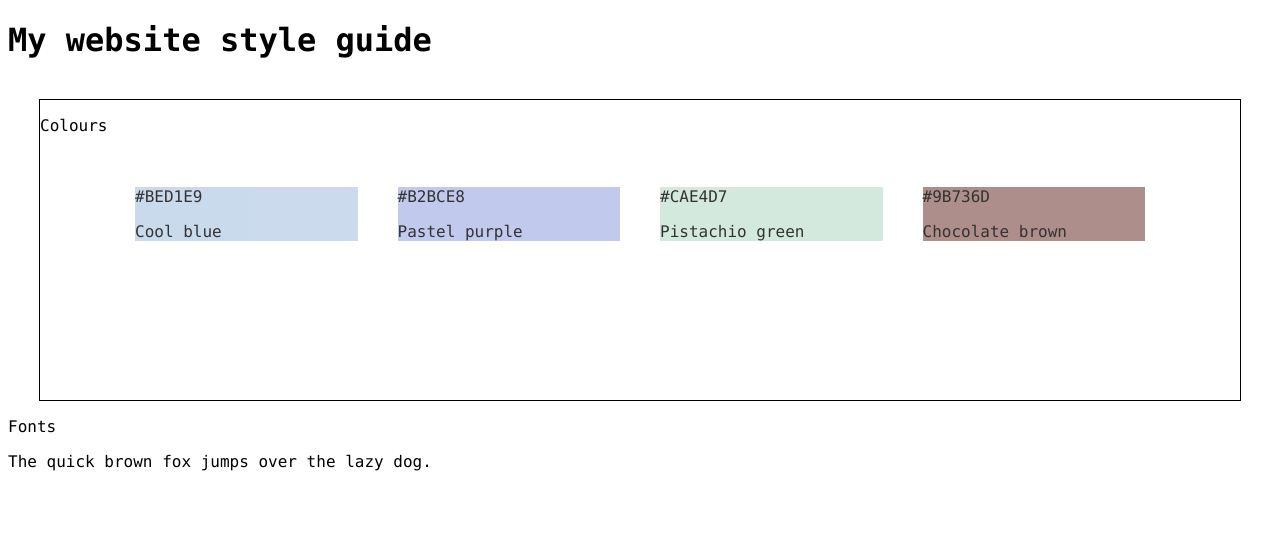
Repository: nazaninrizvi/codecademy
Page: Javascript/website-design-system/index.html
An editor plug-in stored every save of this project. The page is shown before and after a run of saves, followed by the edit.
The browser window is 1280 px wide. The pictures show the whole page.

Above is the page before, as saved 2021-11-26 14:28:55.

### Javascript/website-design-system/index.html
<!DOCTYPE html>
<html>
    <head>
        <title>My website style guide</title>
        <link rel="stylesheet" href="styles.css" type="text/css" />
    </head>
    <body>
        <h1>My website style guide</h1>
        <div id="colors">
            <div class="colors-container">
                <p>Colours</p>
                <div class="colcontainer">
                    <div class="cols"><div id="coolblue">
                        <p>#BED1E9</p>
                        <p>Cool blue</p>
                    </div></div>

                    <div class="cols"><div id="pastelPurple">
                        <p>#B2BCE8</p>
                        <p>Pastel purple</p>
                    </div></div>

                    <div class="cols"><div id="pistachio">
                        <p>#CAE4D7</p>
                        <p>Pistachio green</p>
                    </div></div>

                    <div class="cols"><div id="brown">
                        <p>#9B736D</p>
                        <p>Chocolate brown</p>
                    </div></div>
                </div>
            </div>
        </div>
        <div id="fonts">
           <p>Fonts</p>
           <div class="fontcontainer">
               <div class='font'>
                The quick brown fox jumps over the lazy dog.


               </div>
           </div>
        </div>
    </body>
</html>

### Javascript/website-design-system/styles.css
*{
    font-family: "Lucida Console", Courier, monospace;
}

.colors-container{
    height: 300px;
    max-width: 1200px;
    margin: 40px auto auto auto;
    border: 1px solid black;
  }

  .colcontainer{
    max-width: 1050px;
    margin: 15px auto auto auto;
    display: flex;
    justify-content: space-between;
  }

  .cols{
    height: 300px;
    padding: 20px;
    margin-bottom: auto;
    flex-basis: 30%;
    box-sizing: border-box;
    opacity: 0.8;
  }

#coolblue{
    background-color: #bed1e9;
  }

#pastelPurple{
    background-color: #B2BCE8;
}

#pistachio{
    background-color: #CAE4D7;
}

#brown{
    background-color: #9B736D;
}

After the next 3 saves:
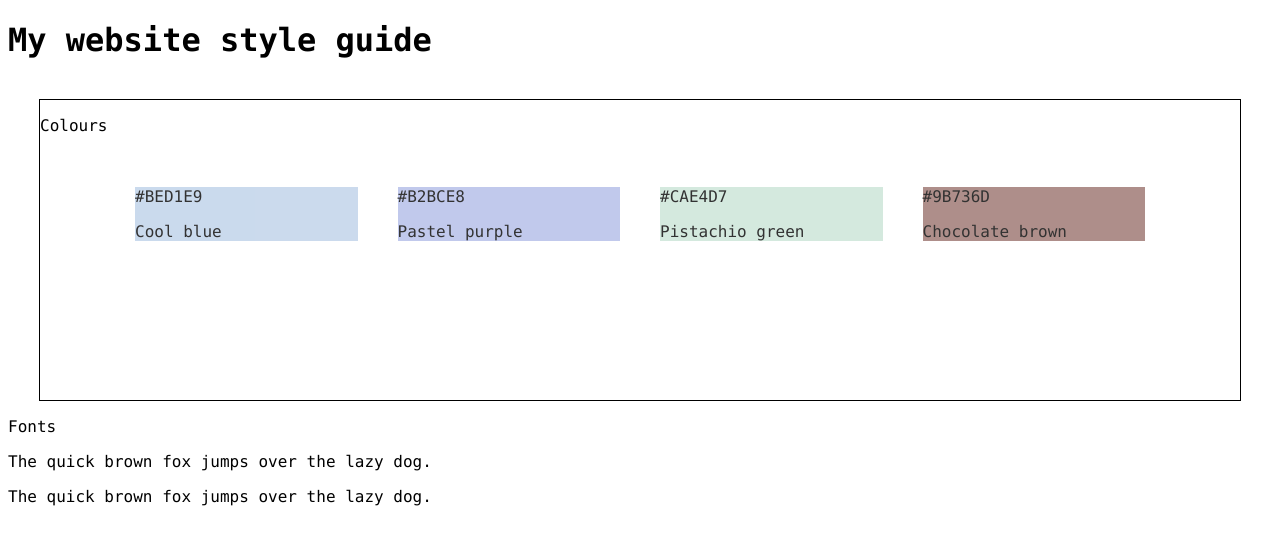
The 3 saves are shown as one change because they came seconds apart.
The last was saved 9 s later.
--- a/Javascript/website-design-system/index.html
+++ b/Javascript/website-design-system/index.html
@@ -36,7 +36,9 @@
            <p>Fonts</p>
            <div class="fontcontainer">
                <div class='font'>
-                The quick brown fox jumps over the lazy dog.
+                <p>The quick brown fox jumps over the lazy dog.
+
+                </p>The quick brown fox jumps over the lazy dog.
 
 
                </div>
